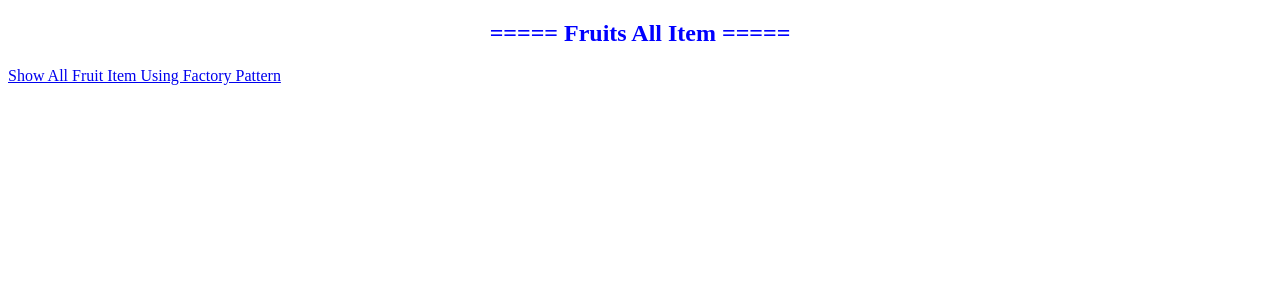
Repository: BaekDoHyeon/Kosta_04_FrontStudy
Page: http://localhost/workshop11/
An editor plug-in stored every save of this project. The page is shown before and after the next save, followed by the edit.
The browser window is 1280 px wide. The pictures show the whole page.
The page is served by Tomcat 9. Other server files are loaded and not shown.

Above is the page before, as saved 2024-09-05 08:42:58.

### work05_BackEnd/workshop11/src/main/webapp/index.jsp
<%@ page language="java" contentType="text/html; charset=UTF-8"
    pageEncoding="UTF-8"%>
<!DOCTYPE html>
<html>
<head>
<meta charset="UTF-8">
<title>Insert title here</title>
<style type="text/css">

</style>
</head>
<body>
<h2 align="center" style="color: blue;">===== Fruits All Item =====</h2>
<div><a href="allFruit.do">Show All Fruit Item Using Factory Pattern</a></div>
</body>
</html>

After the next save:
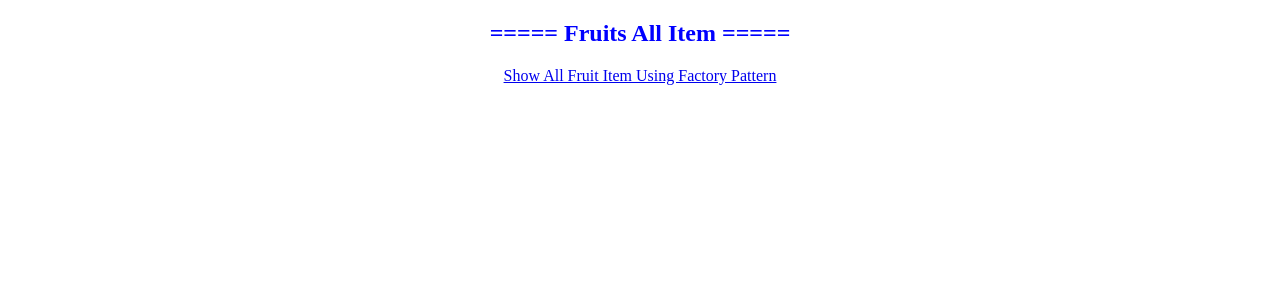
Saved 37 s later.
--- a/work05_BackEnd/workshop11/src/main/webapp/index.jsp
+++ b/work05_BackEnd/workshop11/src/main/webapp/index.jsp
@@ -11,6 +11,6 @@
 </head>
 <body>
 <h2 align="center" style="color: blue;">===== Fruits All Item =====</h2>
-<div><a href="allFruit.do">Show All Fruit Item Using Factory Pattern</a></div>
+<div align="center"><a href="allFruit.do">Show All Fruit Item Using Factory Pattern</a></div>
 </body>
 </html>
